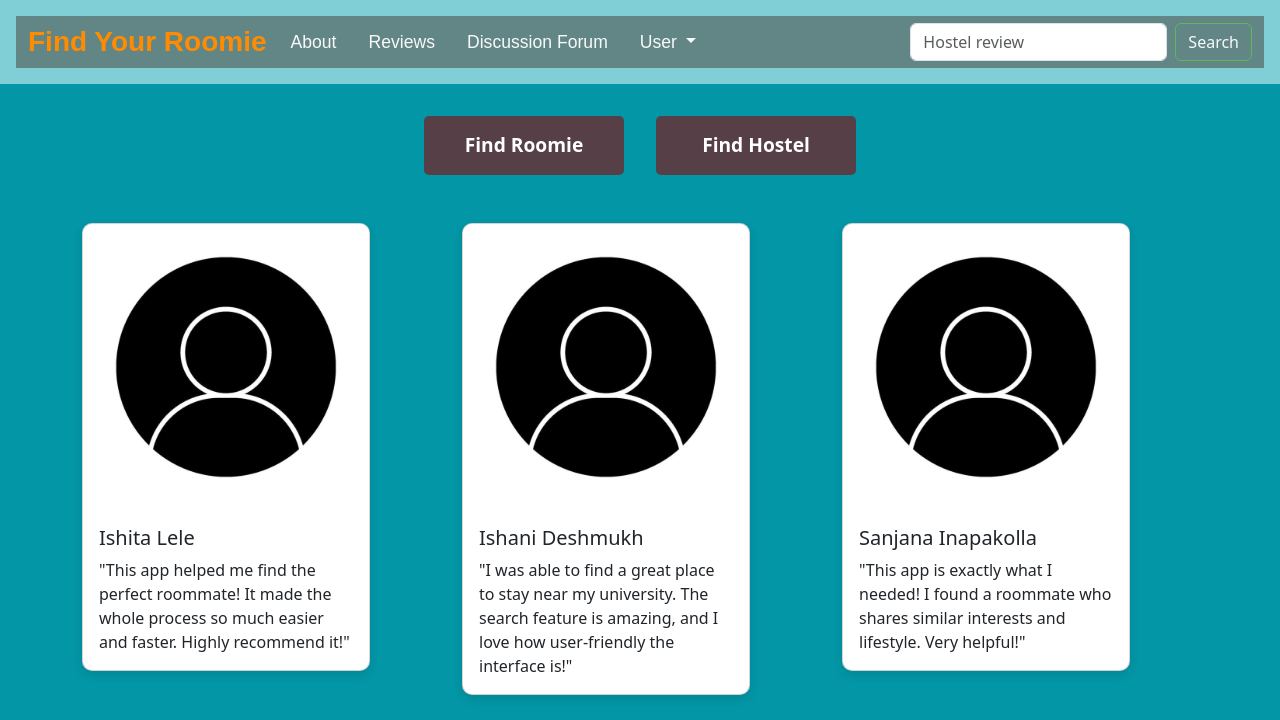
Repository: Sanjana-Inapakolla/Find-your-Roomie-website
Page: mini-project(jfst)/MiniProject/src/main/webapp/home.html
These files come from the project's save history. The page is drawn as it stood at one moment and after the next save; the edit follows.
The browser window is 1280 px wide. The pictures show the whole page.

Above is the page before, as saved 2024-11-13 06:55:42.

### mini-project(jfst)/MiniProject/src/main/webapp/home.html
<!DOCTYPE html>
<html lang="en">
<head>
  <meta charset="ISO-8859-1">
  <title>Home Page</title>
 <link href="https://cdn.jsdelivr.net/npm/bootstrap@5.3.3/dist/css/bootstrap.min.css" rel="stylesheet" integrity="sha384-QWTKZyjpPEjISv5WaRU9OFeRpok6YctnYmDr5pNlyT2bRjXh0JMhjY6hW+ALEwIH" crossorigin="anonymous">
  <style>
    /* Navbar Styling */
    .navbar {
      background-color: #80ced6;
      padding: 1rem;
    }

    /* Navbar Brand (Logo/Text) */
    .navbar-brand {
      color: #f8f9fa;
      font-size: 1.75rem;
      font-weight: bold;
      font-family: 'Arial', sans-serif;
      color: #ff8c00;
    }

    /* Navbar Links (Home, Reviews, Discussion Forum) */
    .navbar-nav .nav-link {
      color: #f8f9fa;
      font-size: 1.1rem;
      font-family: 'Arial', sans-serif;
      margin-right: 1rem;
      transition: color 0.3s;
    }

    /* Active Link Color */
    .navbar-nav .nav-link.active {
      color: #f8f9fa !important;
    }

    /* Hover Effect for Links (Home, Reviews, Discussion Forum) */
    .navbar-nav .nav-link:hover {
      color: #5cb85c;
    }

    /* Active Link Hover (Ensures the hover color is still applied even if it's active) */
    .navbar-nav .nav-link.active:hover {
      color: #5cb85c !important;
    }

    /* Search Button */
    .btn-outline-success {
      color: #f8f9fa;
      border-color: #5cb85c;
      transition: background-color 0.3s, color 0.3s;
    }

    /* Search Button Hover */
    .btn-outline-success:hover {
      background-color: #5cb85c;
      color: #fff;
    }

    /* Home Page Buttons Styling */
    .home-buttons {
      display: flex;
      justify-content: center;
      gap: 2rem;
      margin-top: 2rem;
    }

    .home-buttons .btn {
      font-size: 1.2rem;
      padding: 15px 30px;
      border-radius: 5px;
      font-weight: bold;
      width: 200px;
      transition: transform 0.3s;
    }

    /* Hover Effect for Buttons */
    .home-buttons .btn:hover {
      transform: scale(1.05);
    }

    .find-roomie {
      background-color: #563f46;
      color: white;
      border: none;
    }

    .find-roomie:hover {
      background-color: #0056b3;
    }

    .find-hostel {
      background-color: #563f46;
      color: white;
      border: none;
    }

    .find-hostel:hover {
      background-color: #218838;
    }

    .card {
      width: 18rem;
      border-radius: 10px;
      box-shadow: 0 4px 10px rgba(0, 0, 0, 0.1);
    }
    .card-img-top {
      border-radius: 10px 10px 0 0;
    }

    body{
      background-color: #0396A6;
    }
  </style>
</head>
<body>

<!-- Navbar -->
<nav class="navbar navbar-expand-lg">
  <div class="container-fluid" style="background-color: #618685;">
    <a class="navbar-brand" href="#">Find Your Roomie</a>
    <button class="navbar-toggler" type="button" data-bs-toggle="collapse" data-bs-target="#navbarNav" aria-controls="navbarNav" aria-expanded="false" aria-label="Toggle navigation">
      <span class="navbar-toggler-icon"></span>
    </button>
    <div class="collapse navbar-collapse" id="navbarNav">
      <ul class="navbar-nav me-auto">
        <li class="nav-item">
          <a class="nav-link active" aria-current="page" href="About.jsp">About</a>
        </li>
        <li class="nav-item">
          <a class="nav-link" href="Rating.jsp">Reviews</a>
        </li>
        <li class="nav-item">
          <a class="nav-link" href="BeforeChat">Discussion Forum</a>
        </li>
        <li class="nav-item dropdown">
          <a class="nav-link dropdown-toggle" href="#" role="button" data-bs-toggle="dropdown" aria-expanded="false">
            User
          </a>
          <ul class="dropdown-menu">
            <li><a class="dropdown-item" href="Profile">My Profile</a></li>
            <li><a class="dropdown-item" href="BeforeUpdate">Account Settings</a></li>
            <li><a class="dropdown-item" href="LogoutServlet">Logout</a></li>
          </ul>
        </li>
      </ul>

      <!-- Search Button on the Right -->
      <form class="d-flex ms-auto" action="HostelSearch">
        <input class="form-control me-2" name="hostel-search" type="search" placeholder="Hostel review" aria-label="Search">
        <button class="btn btn-outline-success" type="submit">Search</button>
      </form>
    </div>
  </div>
</nav>

<!-- Buttons for Find Roomie and Find Hostel -->
<div class="home-buttons">
  <button class="btn find-roomie" onclick="window.location.href='Match';">Find Roomie</button>
 <button class="btn find-hostel" onclick="window.location='public/HostelGeoMap.html';">Find Hostel</button>
</div>

<div class="container mt-5">
  <div class="row justify-content-center">
    <!-- Card 1 -->
    <div class="col-md-4 mb-4">
      <div class="card">
        <img src="images\profile.jpg" class="card-img-top" alt="User Image">
        <div class="card-body">
          <h5 class="card-title">Ishita Lele</h5>
          <p class="card-text">"This app helped me find the perfect roommate! It made the whole process so much easier and faster. Highly recommend it!"</p>
        </div>
      </div>
    </div>

    <!-- Card 2 -->
    <div class="col-md-4 mb-4">
      <div class="card">
        <img src="images\profile.jpg" class="card-img-top" alt="User Image">
        <div class="card-body">
          <h5 class="card-title">Ishani Deshmukh</h5>
          <p class="card-text">"I was able to find a great place to stay near my university. The search feature is amazing, and I love how user-friendly the interface is!"</p>
        </div>
      </div>
    </div>

    <!-- Card 3 -->
    <div class="col-md-4 mb-4">
      <div class="card">
        <img src="images\profile.jpg" class="card-img-top" alt="User Image">
        <div class="card-body">
          <h5 class="card-title">Sanjana Inapakolla</h5>
          <p class="card-text">"This app is exactly what I needed! I found a roommate who shares similar interests and lifestyle. Very helpful!"</p>
        </div>
      </div>
    </div>
  </div>
</div>

<!-- Bootstrap JS -->
<script src="https://cdn.jsdelivr.net/npm/bootstrap@5.3.3/dist/js/bootstrap.bundle.min.js" integrity="sha384-YvpcrYf0tY3lHB60NNkmXc5s9fDVZLESaAA55NDzOxhy9GkcIdslK1eN7N6jIeHz" crossorigin="anonymous"></script>
</body>
</html>

After the next save:
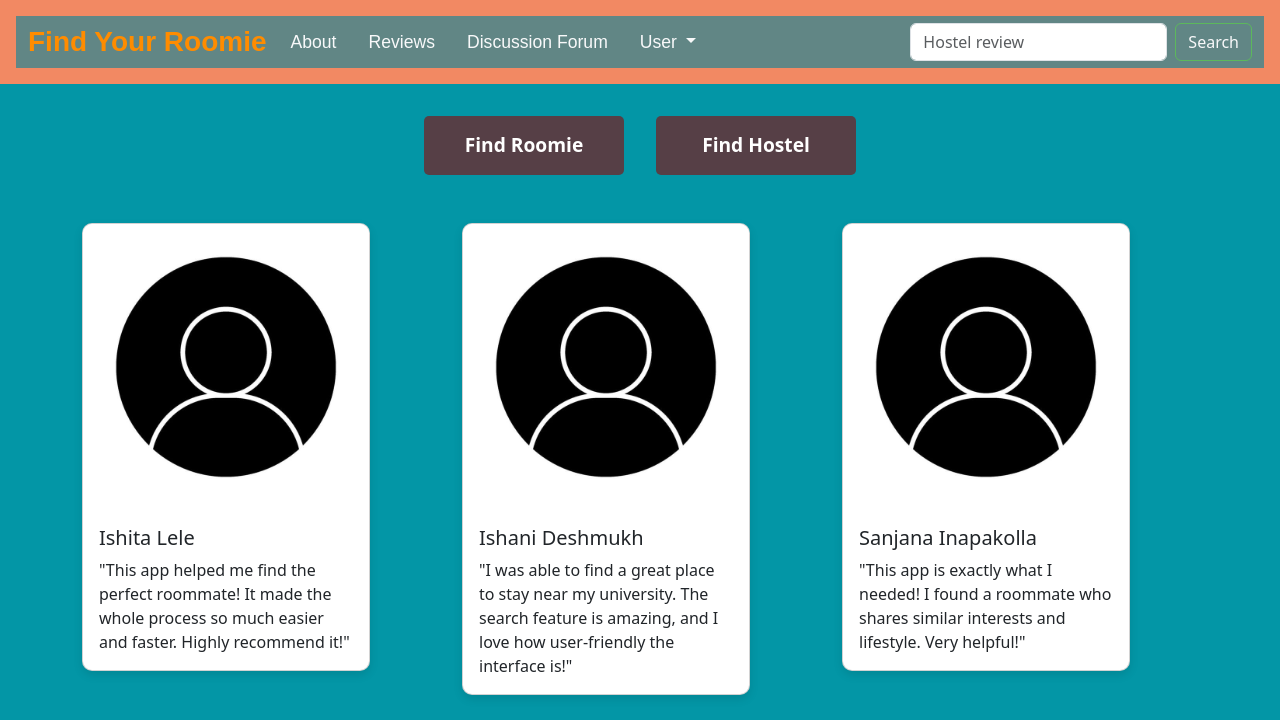
Saved 43 s later.
--- a/mini-project(jfst)/MiniProject/src/main/webapp/home.html
+++ b/mini-project(jfst)/MiniProject/src/main/webapp/home.html
@@ -7,7 +7,7 @@
   <style>
     /* Navbar Styling */
     .navbar {
-      background-color: #80ced6;
+      background-color: #F28963;
       padding: 1rem;
     }
 
